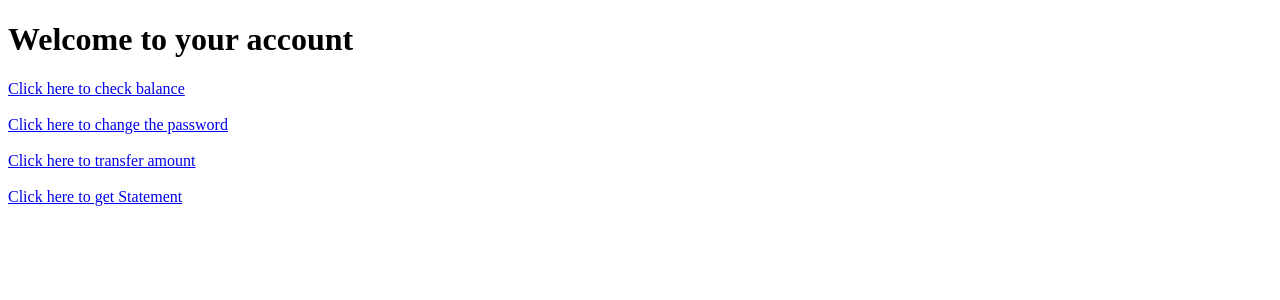
Repository: KGDarshan/BankApplication
Page: CaravanBanking/WebContent/Home.html
These files come from the project's save history. The page is drawn as it stood at one moment and after the next save; the edit follows.
The browser window is 1280 px wide. The pictures show the whole page.

Above is the page before, as saved 2020-10-10 02:30:32.

After the next save:
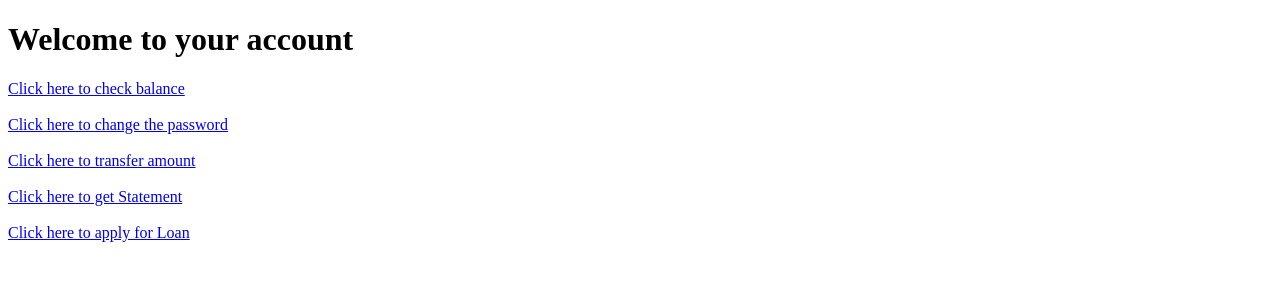
Saved 9 min 59 s later.
--- a/CaravanBanking/WebContent/Home.html
+++ b/CaravanBanking/WebContent/Home.html
@@ -9,6 +9,7 @@
 	<a href="Checkbalance">Click here to check balance</a><br><br>
 	<a href="ChangePwd.html">Click here to change the password</a><br><br>
 	<a href="Transfer.html">Click here to transfer amount</a><br><br>
-	<a href="GetStatement">Click here to get Statement</a>
+	<a href="GetStatement">Click here to get Statement</a><br><br>
+	<a href="ApplyLoan">Click here to apply for Loan</a>
 </body>
 </html>
